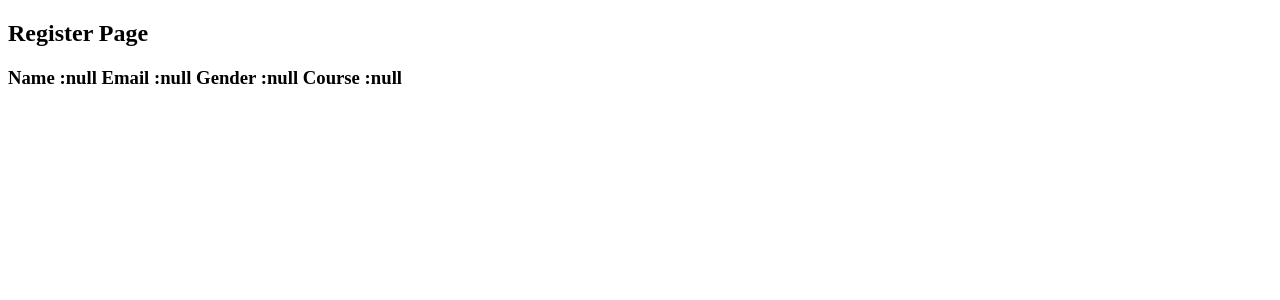
Repository: Kamleshmaury/CoreJava
Page: http://localhost/RegistrationForm/file.jsp
The author's editor kept a copy of each file at every save. The page is drawn from the files as they stood at one save, then again after the next save.
The browser window is 1280 px wide. The pictures show the whole page.
The page is served by Tomcat 10.

Above is the page before, as saved 2022-10-18 12:14:30.

After the next save:
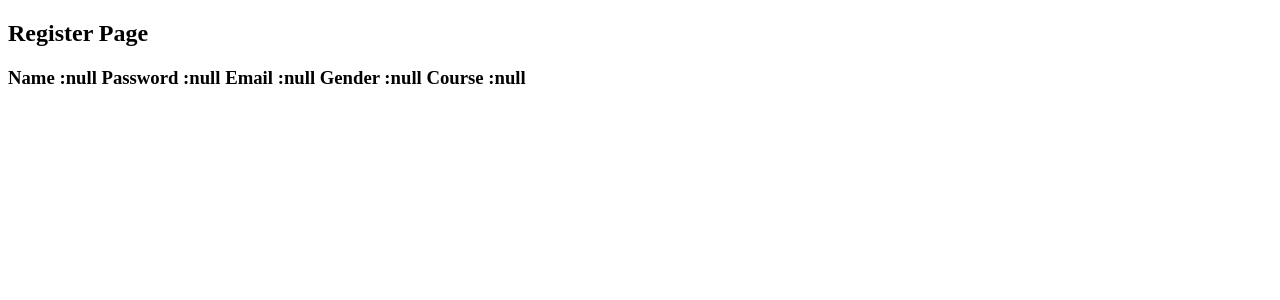
Saved 49 s later.
--- a/RegistrationForm/src/main/webapp/file.jsp
+++ b/RegistrationForm/src/main/webapp/file.jsp
@@ -11,6 +11,7 @@
         <h2> Register Page </h2>
          <h3><%
           	out.println("Name :"+request.getParameter("name"));
+     		out.println("Password :"+request.getParameter("password"));
          	out.println("Email :"+request.getParameter("email"));
          	out.println("Gender :"+request.getParameter("gender"));
          	out.println("Course :"+request.getParameter("course"));
